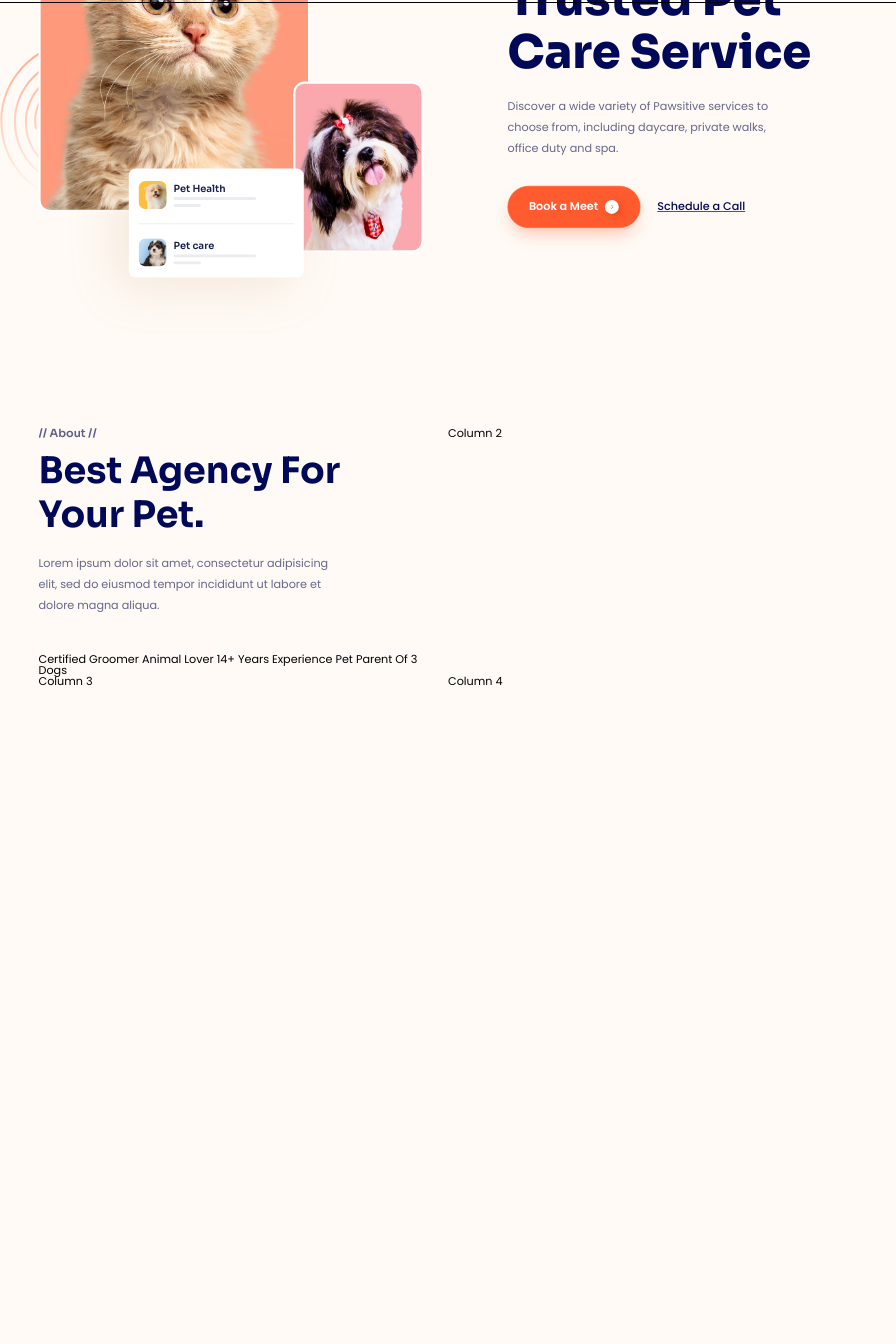
Repository: empty24062002/f8-project-05
Page: index.html
An editor plug-in stored every save of this project. The page is shown before and after the next save, followed by the edit.
The browser window is 1280 px wide. The pictures show the part of the page from y = 362 to 2282 px (the page is 10965 px tall), at 70% of full size.

Above is the page before, as saved 2023-09-11 09:39:15.

### index.html
<!DOCTYPE html>
<html lang="en">
    <head>
        <meta charset="UTF-8" />
        <meta name="viewport" content="width=device-width, initial-scale=1.0" />
        <title>Lucy</title>
        <!-- favicon -->
        <link
            rel="apple-touch-icon"
            sizes="57x57"
            href="./assets/favicon/apple-icon-57x57.png"
        />
        <link
            rel="apple-touch-icon"
            sizes="60x60"
            href="./assets/favicon/apple-icon-60x60.png"
        />
        <link
            rel="apple-touch-icon"
            sizes="72x72"
            href="./assets/favicon/apple-icon-72x72.png"
        />
        <link
            rel="apple-touch-icon"
            sizes="76x76"
            href="./assets/favicon/apple-icon-76x76.png"
        />
        <link
            rel="apple-touch-icon"
            sizes="114x114"
            href="./assets/favicon/apple-icon-114x114.png"
        />
        <link
            rel="apple-touch-icon"
            sizes="120x120"
            href="./assets/favicon/apple-icon-120x120.png"
        />
        <link
            rel="apple-touch-icon"
            sizes="144x144"
            href="./assets/favicon/apple-icon-144x144.png"
        />
        <link
            rel="apple-touch-icon"
            sizes="152x152"
            href="./assets/favicon/apple-icon-152x152.png"
        />
        <link
            rel="apple-touch-icon"
            sizes="180x180"
            href="./assets/favicon/apple-icon-180x180.png"
        />
        <link
            rel="icon"
            type="image/png"
            sizes="192x192"
            href="./assets/favicon/android-icon-192x192.png"
        />
        <link
            rel="icon"
            type="image/png"
            sizes="32x32"
            href="./assets/favicon/favicon-32x32.png"
        />
        <link
            rel="icon"
            type="image/png"
            sizes="96x96"
            href="./assets/favicon/favicon-96x96.png"
        />
        <link
            rel="icon"
            type="image/png"
            sizes="16x16"
            href="./assets/favicon/favicon-16x16.png"
        />
        <link rel="manifest" href="./assets/favicon/manifest.json" />
        <meta name="msapplication-TileColor" content="#ffffff" />
        <meta
            name="msapplication-TileImage"
            content="./assets/favicon/ms-icon-144x144.png"
        />
        <meta name="theme-color" content="#ffffff" />
        <!-- reset CSS -->
        <link rel="stylesheet" href="./assets/css/reset.css" />
        <!-- embed font -->
        <link rel="preconnect" href="https://fonts.googleapis.com" />
        <link rel="preconnect" href="https://fonts.gstatic.com" crossorigin />
        <link
            href="https://fonts.googleapis.com/css2?family=Poppins:wght@300;400;500;600&family=Sora:wght@600;700;800&display=swap"
            rel="stylesheet"
        />
        <!-- style css -->
        <link rel="stylesheet" href="./assets/css/styles.css" />
    </head>
    <body>
        <!-- header -->
        <header class="header">
            <div class="container">
                <div class="header__inner">
                    <!-- logo -->
                    <a href="#!">
                        <img
                            src="./assets/img/logo.svg"
                            alt="Lucy"
                            class="header__logo"
                        />
                    </a>
                    <!-- navbar -->
                    <nav class="navbar">
                        <ul class="navbar__list">
                            <li class="navbar__item">
                                <a href="#!" class="navbar__link"> Home </a>
                            </li>
                            <li class="navbar__item">
                                <a href="#!" class="navbar__link"> About </a>
                            </li>
                            <li class="navbar__item">
                                <a href="#!" class="navbar__link"
                                    >Services & Rates
                                </a>
                            </li>
                            <li class="navbar__item">
                                <a href="#!" class="navbar__link"> Reviews </a>
                            </li>
                            <li class="navbar__item">
                                <a href="#!" class="navbar__link">
                                    Contacts us
                                </a>
                            </li>
                        </ul>
                    </nav>
                    <!-- header action -->
                    <div class="header-action">
                        <a href="#!" class="header-action__link">Sign in</a>
                        <a href="#!" class="btn header-action__btn">Sign up</a>
                    </div>
                </div>
            </div>
        </header>
        <!-- hero -->
        <section class="hero">
            <div class="container">
                <div class="hero__inner">
                    <!-- hero media -->
                    <div class="hero__media">
                        <div class="hero__img-wrap">
                            <img
                                src="./assets/img/hero__img1.png"
                                alt=""
                                class="hero__img"
                            />

                            <!-- Decorators -->
                            <img
                                src="./assets/img/decor__01.svg"
                                alt=""
                                class="hero__decor hero__decor-left"
                            />
                            <img
                                src="./assets/img/decor__02.svg"
                                alt=""
                                class="hero__decor hero__decor-right"
                            />
                        </div>
                        <div class="hero__img-wrap hero__img-wrap-small">
                            <img
                                src="./assets/img/hero__img2.png"
                                alt=""
                                class="hero__img"
                            />
                        </div>

                        <div class="hero__list">
                            <!-- hero list item 1 -->
                            <section class="hero-list-item">
                                <img
                                    src="./assets/img/hero__img3.png"
                                    alt=""
                                    class="hero-list-item__thump"
                                />
                                <div class="hero-list-item__info">
                                    <p class="hero-list-item__title">
                                        Pet Health
                                    </p>
                                    <div class="hero-list-item__skeleton"></div>
                                    <div
                                        class="hero-list-item__skeleton"
                                        style="--width: 39px"
                                    ></div>
                                </div>
                            </section>

                            <div class="hero-list-item__separate"></div>
                            <!-- hero list item 2 -->
                            <section class="hero-list-item">
                                <img
                                    src="./assets/img/hero__img4.png"
                                    alt=""
                                    class="hero-list-item__thump"
                                />
                                <div class="hero-list-item__info">
                                    <p class="hero-list-item__title">
                                        Pet care
                                    </p>
                                    <div class="hero-list-item__skeleton"></div>
                                    <div
                                        class="hero-list-item__skeleton"
                                        style="--width: 39px"
                                    ></div>
                                </div>
                            </section>
                        </div>
                    </div>
                    <!-- hero content -->
                    <section class="hero__content">
                        <h1 class="hero__heading">
                            Established & Trusted Pet Care Service
                        </h1>
                        <p class="hero__desc">
                            Discover a wide variety of Pawsitive services to
                            choose from, including daycare, private walks,
                            office duty and spa.
                        </p>
                        <div class="hero__row">
                            <a href="#!" class="btn btn--primary hero__cta-btn">
                                Book a Meet
                                <span class="btn__icon">
                                    <svg
                                        width="5"
                                        height="6"
                                        viewBox="0 0 5 6"
                                        fill="none"
                                        xmlns="http://www.w3.org/2000/svg"
                                    >
                                        <path
                                            d="M1.48584 0.5L3.98584 3L1.48584 5.5"
                                            stroke="#FD5056"
                                            stroke-linecap="round"
                                            stroke-linejoin="round"
                                        />
                                    </svg>
                                </span>
                            </a>
                            <a href="#!" class="hero__cta-link">
                                Schedule a Call
                            </a>
                        </div>
                    </section>
                </div>
            </div>
        </section>
        <main style="height: 10000px">
            <!-- about -->
            <section class="about">
                <div class="container">
                    <div class="about__inner">
                        <section class="about__content">
                            <p class="about__lable">// About //</p>
                            <h2 class="about__heading section-heading">
                                Best Agency For Your Pet.
                            </h2>
                            <p class="about__desc section-desc">
                                Lorem ipsum dolor sit amet, consectetur
                                adipisicing elit, sed do eiusmod tempor
                                incididunt ut labore et dolore magna aliqua.
                            </p>
                            <div class="about__checklist">
                                <span class="about__check-item">
                                    Certified Groomer
                                </span>
                                <span class="about__check-item">
                                    Animal Lover
                                </span>
                                <span class="about__check-item">
                                    14+ Years Experience
                                </span>
                                <span class="about__check-item">
                                    Pet Parent Of 3 Dogs
                                </span>
                            </div>
                        </section>
                        <div class="about__media">Column 2</div>
                        <div class="about__media">Column 3</div>
                        <section class="about__content">Column 4</section>
                    </div>
                </div>
            </section>
        </main>
    </body>
</html>

### assets/css/styles.css
* {
    box-sizing: border-box;
}

:root {
    --primary-color: #ff5b2e;
}

html {
    font-size: 62.5%;
}

body {
    font-size: 1.6rem;
    font-family: "Poppins", sans-serif;
    background: #fffaf5;
}

/* common */

h1,
h2,
h3,
h4,
h5,
h6 {
    font-family: "Sora", sans-serif;
}

input,
textarea,
select,
button {
    font-size: inherit;
    font-family: inherit;
}

a {
    text-decoration: none;
}

.container {
    width: 1170px;
    max-width: calc(100% - 48px);
    margin: 0 auto;
}

.btn {
    --height: 56px;

    display: inline-flex;
    align-items: center;
    justify-content: center;
    min-width: 130px;
    height: var(--height);
    line-height: var(--height);
    border: 1px solid rgb(0, 9, 88, 0.7);
    border-radius: 99px;
    color: #000958;
    text-align: center;
    font-size: 1.4rem;
    font-weight: 600;
}

.btn:hover {
    opacity: 0.8;
    cursor: pointer;
}

.btn--primary {
    background: var(--primary-color);
    color: #fff;
    border-color: var(--primary-color);
}

.btn__icon {
    display: flex;
    justify-content: center;
    align-items: center;
    margin-left: 10px;
    width: 20px;
    height: 20px;
    border-radius: 50%;
    background-color: #fff;
    box-shadow: 4px 3px 10px -1px rgba(191, 41, 0, 0.4);
}

.section-heading {
    color: #000958;
    font-family: "Sora", sans-serif;
    font-size: 5.2rem;
    font-weight: 700;
    line-height: 1.19;
}

.section-desc {
    margin-top: 24px;
    color: #656689;
    font-size: 1.6rem;
    font-weight: 400;
    line-height: 1.87; /* 187.5% */
}

/* header */
.header {
    padding: 26px 0;
}

.header__inner {
    display: flex;
    justify-content: space-between;
    align-items: center;
}

.navbar__list {
    display: flex;
}

.navbar__link,
.header-action__link {
    padding: 8px 18px;
    color: #5e6085;
    font-size: 1.4rem;
    font-weight: 500;
    line-height: 1; /* 100% */
}

.navbar__link:hover {
    color: #000958;
    text-shadow: 1px 0 0 currentColor;
}

.header-action__btn {
    --height: 50px;

    min-width: 117px;
}

/* hero */
.hero {
    margin-top: 74px;
}

.hero__inner {
    display: flex;
    justify-content: space-between;
    align-items: center;
    column-gap: 120px;
}

.hero__media {
    display: flex;
    position: relative;
    padding-bottom: 94px;
}

.hero__img-wrap {
    position: relative;
    display: flex;
    justify-content: center;
    align-items: flex-end;
    width: 388px;
    height: 488px;
    border: 3px solid #fff;
    border-radius: 16px;
    background: #fe997b;
}

.hero__img {
    max-width: 100%;
    max-height: 100%;
    border-radius: inherit;
}

.hero__decor {
    position: absolute;
    z-index: -1;
}

.hero__decor-left {
    left: -58px;
    bottom: 10px;
}

.hero__decor-right {
    top: 16px;
    right: -43px;
}

.hero__img-wrap-small {
    align-self: flex-end;
    width: 186px;
    height: 244px;
    margin: 0 0 -58px -24px;
    border: 2px solod #f7dddf;
    background: #faa7ad;
}

.hero__list {
    position: absolute;
    left: 129px;
    bottom: 0;
    width: 250px;
    height: 156px;
    padding: 18px 14px;
    border-radius: 10px;
    background: #fff;
    box-shadow: -17px 14px 68px -4px rgba(207, 174, 132, 0.25);
}

.hero-list-item {
    display: flex;
    align-items: center;
}

.hero-list-item:nth-of-type(2) .hero-list-item__thump {
    background-color: #c6e2fa;
}

.hero-list-item__thump {
    width: 40px;
    height: 40px;
    border-radius: 10px;
    object-fit: cover;
    background: #fec23f;
}

.hero-list-item__info {
    margin-left: 10px;
}

.hero-list-item__title {
    color: #181e52;
    font-family: "Sora", sans-serif;
    font-size: 1.4rem;
    font-weight: 600;
    line-height: 1;
}

.hero-list-item__separate {
    margin: 20px 0;
    width: 100%;
    height: 2px;
    background: #f2f2f2;
}

.hero-list-item__skeleton {
    margin-top: 6px;
    width: var(--width, 118px);
    height: 4px;
    border-radius: 10px;
    opacity: 0.08;
    background: #000958;
}

.hero__heading {
    color: #000958;
    font-size: 6.6rem;
    font-weight: 800;
    line-height: 1.15; /* 115.152% */
}

.hero__desc {
    width: 391px;
    margin-top: 24px;
    color: #656689;
    font-size: 1.6rem;
    font-weight: 400;
    line-height: 1.88;
}

.hero__row {
    display: flex;
    align-items: center;
    margin-top: 38px;
}

.hero__cta-btn {
    --height: 60px;

    min-width: 190px;
    font-size: 1.6rem;
    box-shadow: 0px 13px 26px -8px rgba(255, 91, 46, 0.42);
}

.hero__cta-link {
    margin-left: 24px;
    color: #000958;
    font-size: 1.6rem;
    font-weight: 500;
    line-height: 1;
    text-decoration: underline;
}
/* about */
.about {
    margin-top: 207px;
    padding: 8px 0;
}

.about__inner {
    display: grid;
    grid-template-columns: 1fr 1fr;
}

.about__lable {
    color: #5e6085;
    font-family: "Sora", sans-serif;
    font-size: 1.6rem;
    font-weight: 600;
    line-height: 1;
}

.about__heading {
    margin-top: 15px;
}

.about__heading,
.about__desc {
    width: 444px;
}

.about__checklist {
    margin-top: 54px;
}

Loaded but not shown: assets/css/reset.css (common file)

After the next save:
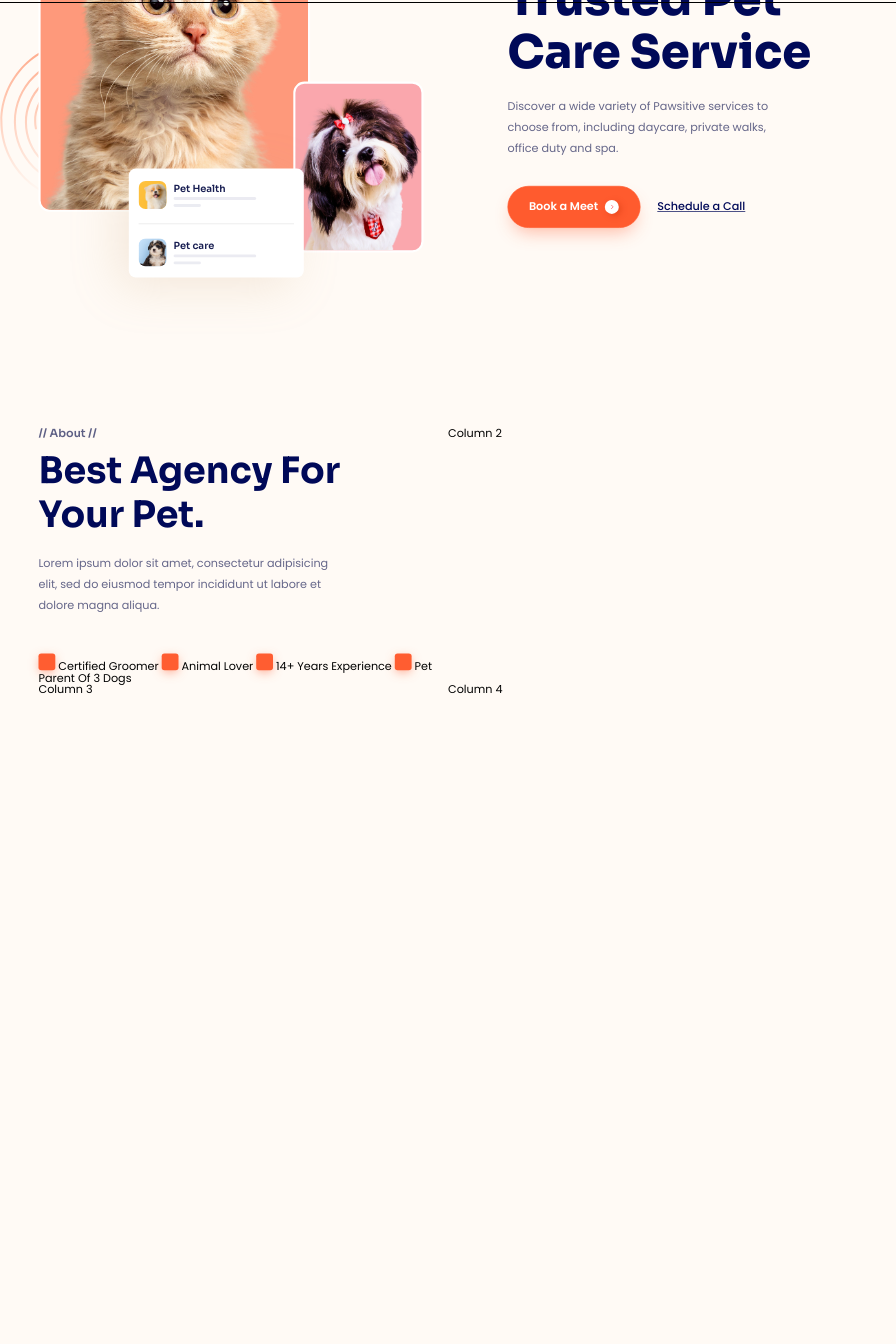
Saved 2 min 27 s later.
--- a/assets/css/styles.css
+++ b/assets/css/styles.css
@@ -322,3 +322,13 @@ a {
 .about__checklist {
     margin-top: 54px;
 }
+
+.about__check-item::before {
+    content: "";
+    display: inline-block;
+    width: 24px;
+    height: 24px;
+    background: #ff5d31;
+    box-shadow: 0px 4px 15px -3px #ff5d31b0;
+    border-radius: 4px;
+}
